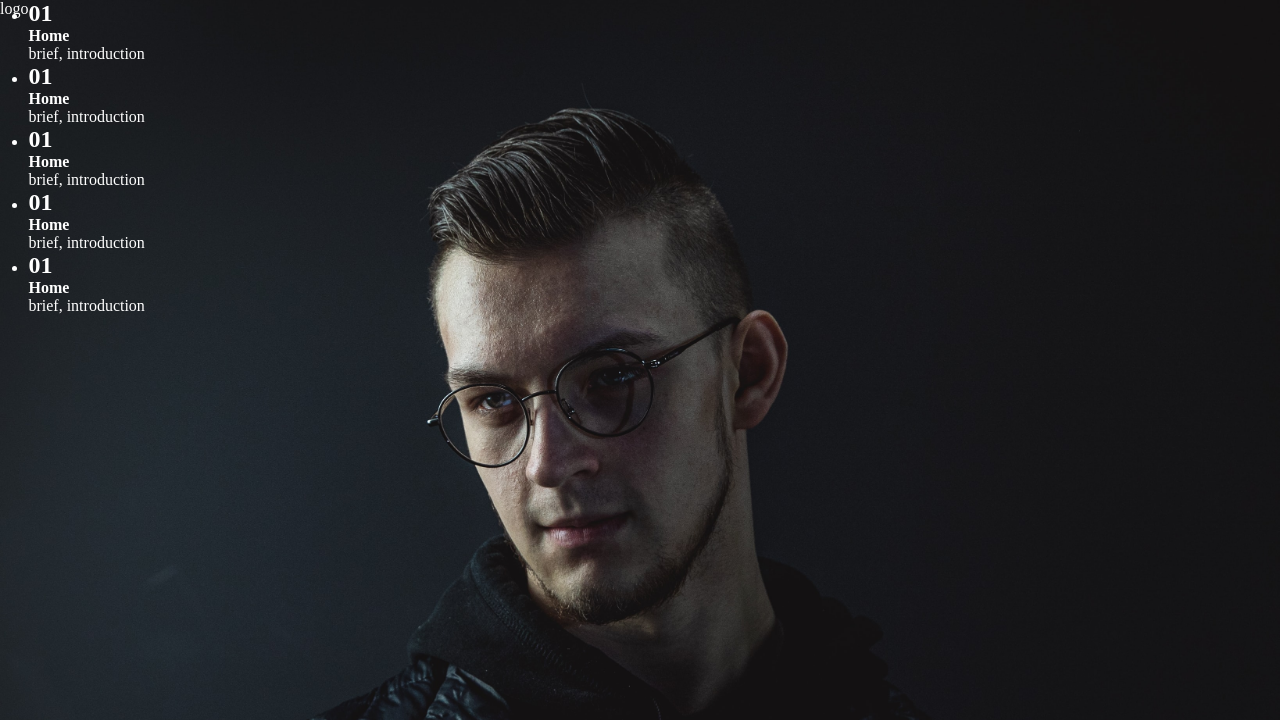
Repository: linco6054/simple-html
Page: index.html
The author's editor kept a copy of each file at every save. The page is drawn from the files as they stood at one save, then again after the next save.
The browser window is 1280 px wide. The pictures show the whole page.

Above is the page before, as saved 2021-08-16 15:35:50.

After the next save:
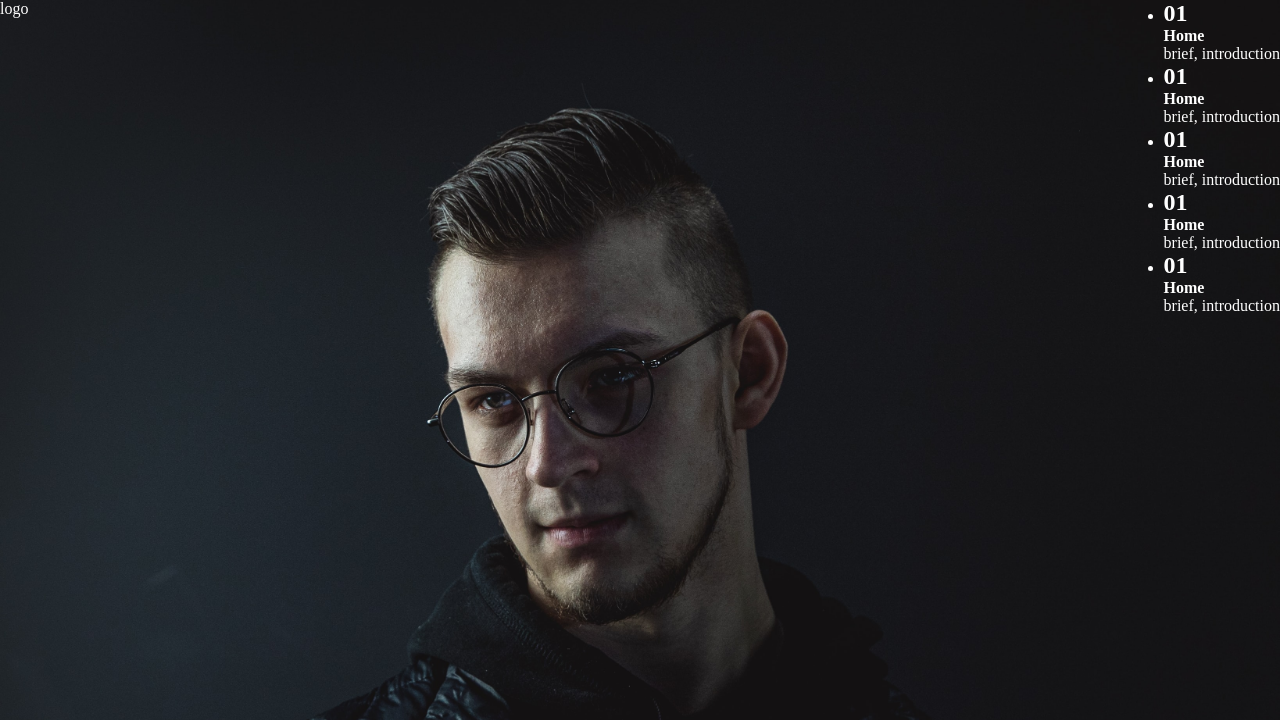
Saved 4 s later.
--- a/style.css
+++ b/style.css
@@ -21,5 +21,5 @@
 }
 nav {
   display: flex;
-  justify-content: spac;
+  justify-content: space-between;
 }
